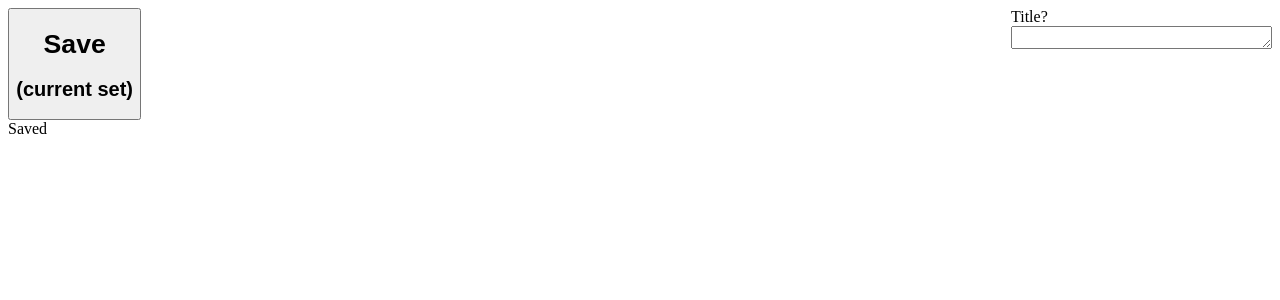
Repository: pixman92/GitTab
Page: popup.html
An editor plug-in stored every save of this project. The page is shown before and after the next save, followed by the edit.
The browser window is 1280 px wide. The pictures show the whole page.

Above is the page before, as saved 2020-01-28 20:24:08.

### popup.html
<!-- this file, is the 'instructions' of the extension
showing the different commands -->

<!DOCTYPE html>
<html>
<head>
    <meta charset="utf-8" />
    <meta http-equiv="X-UA-Compatible" content="IE=edge">
    <title>GitTab - Help</title>
    <meta name="viewport" content="width=device-width, initial-scale=1">
    <!-- <link rel="stylesheet" type="text/css" media="screen" href="main.css" /> -->
    <!-- <script src="main.js"></script> -->
    <script src="takeMeToBackground.js"></script>
    <style>
        #back{
            width: 10em;
        }
        .grid1{
            display: grid;
            grid-template-columns: 8fr 1fr;
            grid-gap: 25px;
        }
        .grid2{
            display: grid;
            grid-template-rows: 1fr 1fr;
        }
        textarea{
            height: 1.3em;
            font-size: 1em;
        }
    </style>
</head>
<body>
        <div class="grid1">
            <div>
                <button id="back"><span>
                    <h1>Save</h1><h2>(current set)</h2>
                </span></button>
            </div>
            <div class="">
                <div>

                    Title?
                </div>
                <div>
                    <textarea name="" id="title" cols="30" rows="10"></textarea>
                </div>
            </div>
        </div>
        <div>
            Saved
        </div>

</body>
</html>

### takeMeToBackground.js
window.onload = ()=>{
    document.getElementById('back').addEventListener('click', ()=>{
        if(!document.getElementById('title').value){

        }

        pullCurrentWindow();
    })
}

//========================================
//functions for pulling Tab data

// var tabGlobal;
function pullCurrentWindow(){
    //DIFICULT Function!!
    // works on getting current tabs
    // saving them to 'chrome' storage
    // and reproducing them in background.html
    var tabGlobal;
    chrome.tabs.query({currentWindow: true}, (tab)=>{
        console.log('tab', tab);
        tabGlobal = tab;
        chrome.storage.sync.set({'tabSet': tabGlobal});
    });
    console.log('tabGlobal1', tabGlobal);


    showBackground();

}


function showBackground(){
    chrome.tabs.create({url: chrome.extension.getURL('background.html')});
}


//========================================

function wait(timout){
    return new Promise(resolve=>setTimeout(resolve, timout));
}

After the next save:
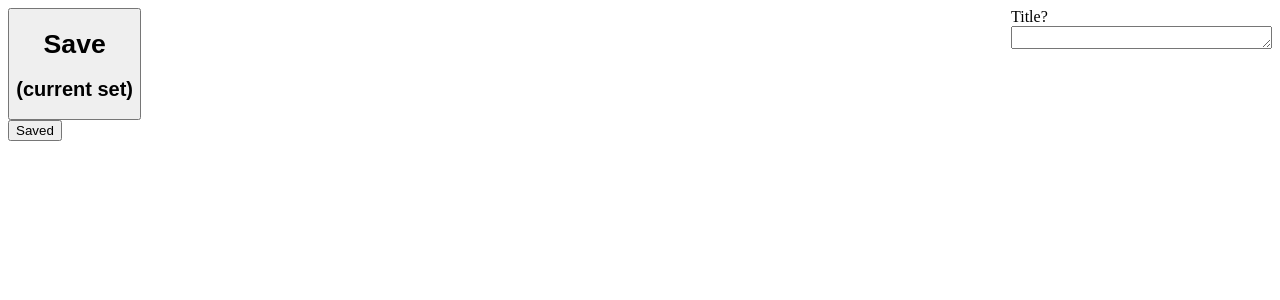
Saved 5 s later.
--- a/popup.html
+++ b/popup.html
@@ -48,7 +48,7 @@ showing the different commands -->
             </div>
         </div>
         <div>
-            Saved
+            <button>Saved</button>
         </div>
 
 </body>
